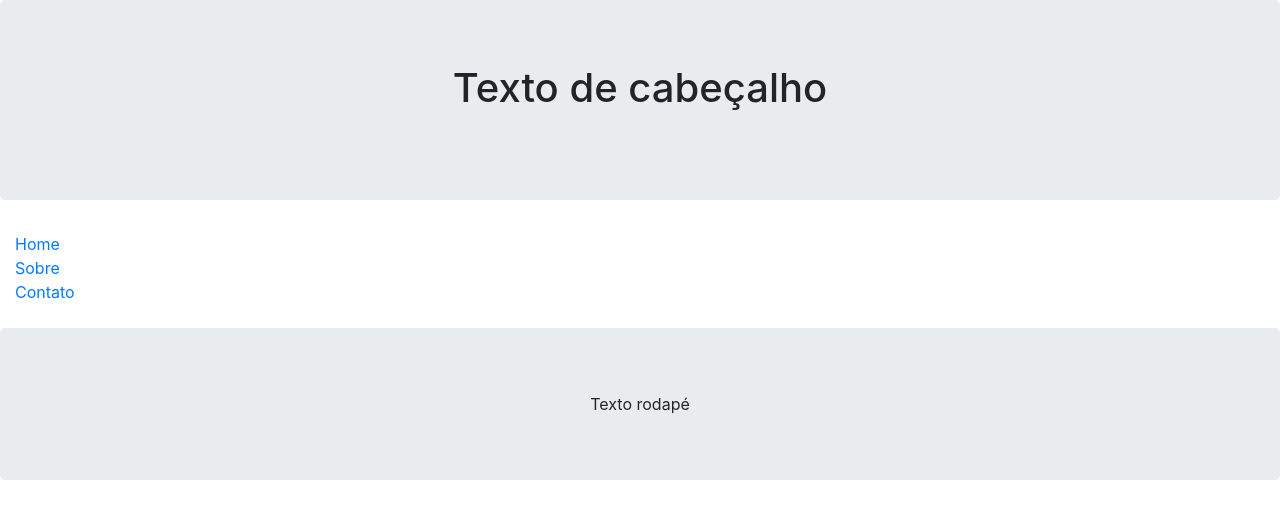
Repository: BrunoCesarAngst/poo
Page: aula04/index.html
An editor plug-in stored every save of this project. The page is shown before and after the next save, followed by the edit.
The browser window is 1280 px wide. The pictures show the whole page.

Above is the page before, as saved 2020-08-21 21:33:39.
Console error: SyntaxError: Unexpected end of input

After the next save:
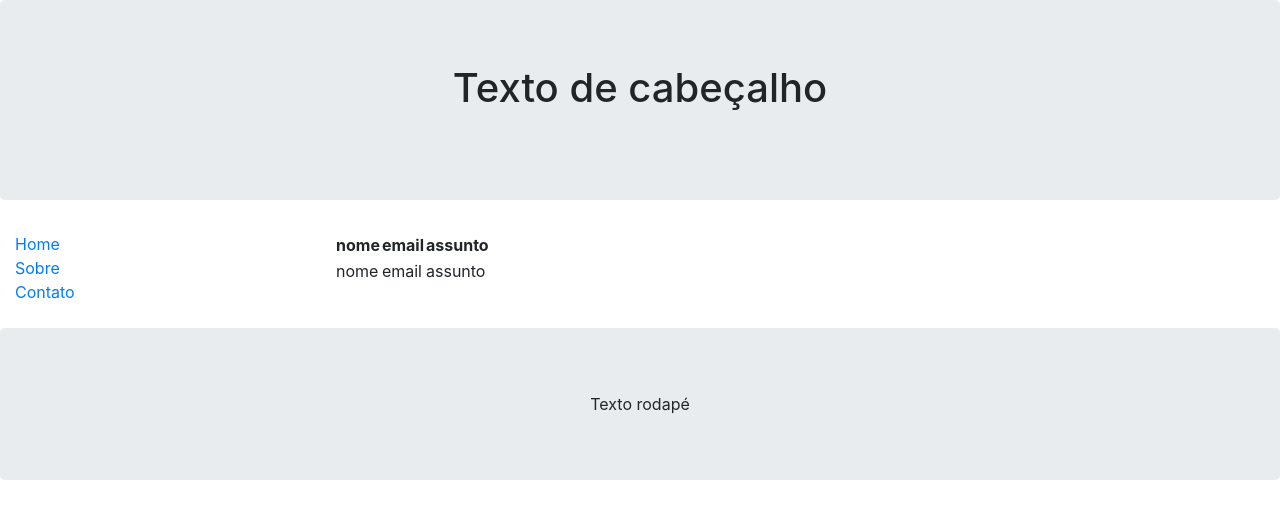
The error is gone.
Saved 7 s later.
--- a/aula04/assets/js/script.js
+++ b/aula04/assets/js/script.js
@@ -27,7 +27,7 @@ function home() {
       <td>assunto</td>
     </tr>
   </table>
-  )
+  `)
 }
 
 function sobre() {
